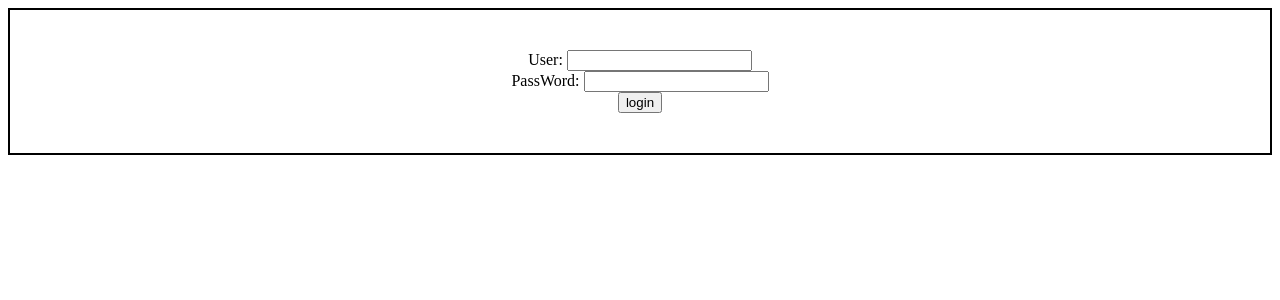
Repository: adityanathe2002/J2EE
Page: jdbc/Servlet_2/src/main/webapp/login.html
These files come from the project's save history. The page is drawn as it stood at one moment and after the next save; the edit follows.
The browser window is 1280 px wide. The pictures show the whole page.

Above is the page before, as saved 2024-08-24 02:46:21.

After the next save:
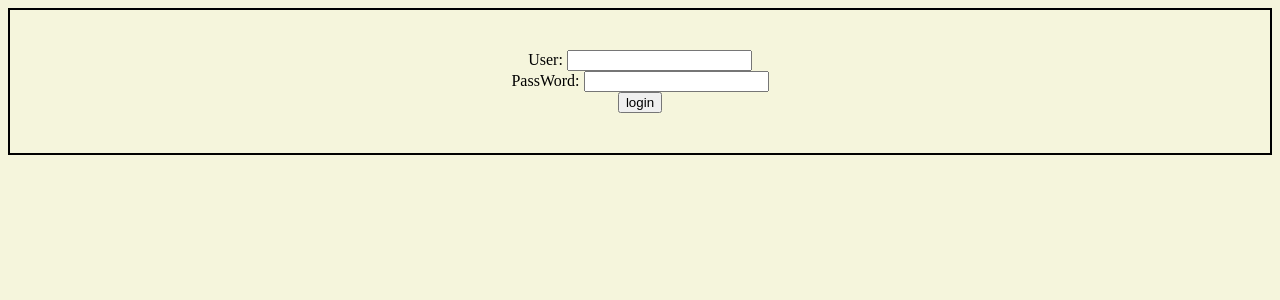
Saved 3 min 50 s later.
--- a/jdbc/Servlet_2/src/main/webapp/login.html
+++ b/jdbc/Servlet_2/src/main/webapp/login.html
@@ -6,6 +6,7 @@
 <style>
 body {
 	text-align:center;
+	background-color:beige;
 }
 form{
 border:2px solid black;
